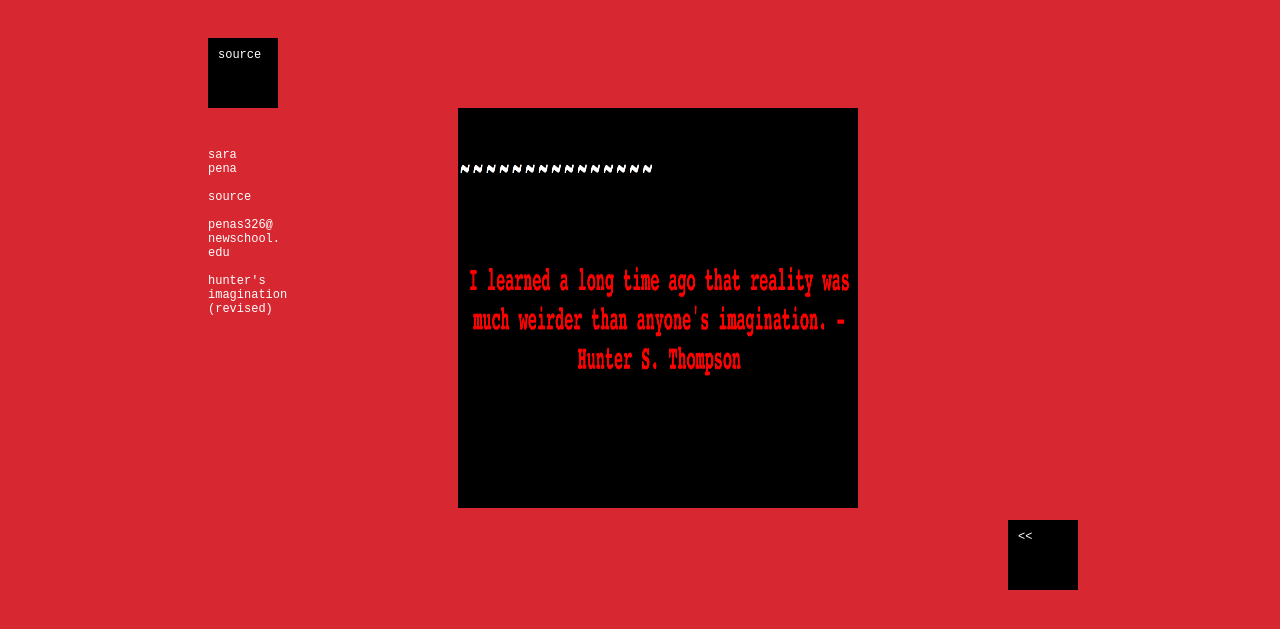
Repository: raghu225/raghu225.github.io
Page: archive/n_sara.html
The author's editor kept a record of every edit. The page is drawn from the files as they stood at one moment, then again after the next edit.
The browser window is 1280 px wide. The pictures show the whole page.

Above is the page before.

After the next edit:
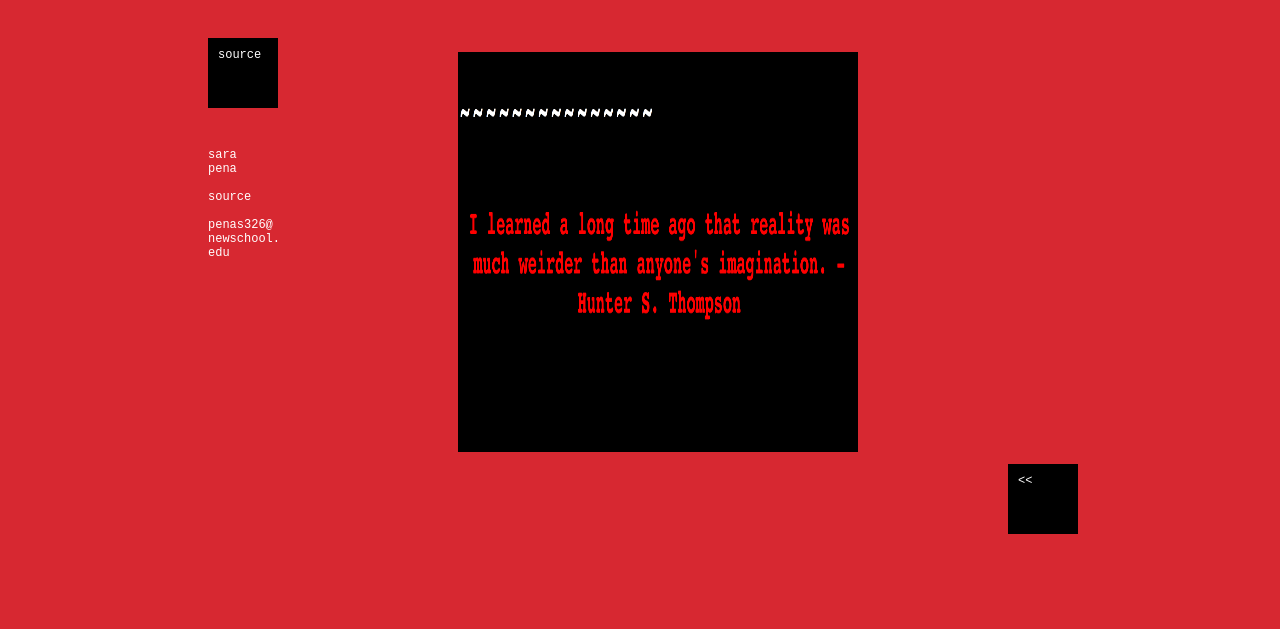
The edit:
--- a/archive/n_sara.html
+++ b/archive/n_sara.html
@@ -24,13 +24,7 @@
             newschool.
             <br>
             edu
-            <br>
-            <br>
-            hunter's
-            <br>
-            imagination
-            <br>
-            (revised)
+
         </p>
 
         <!--<div class="static-wrapper">-->

After the edit that followed:
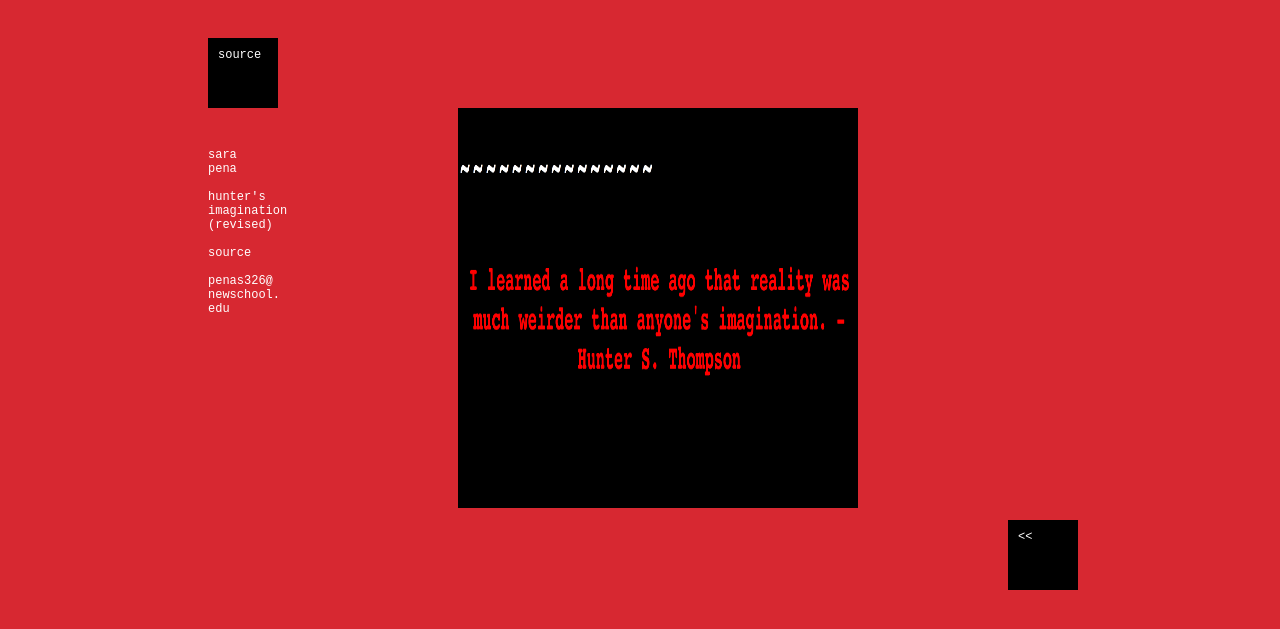
The edit:
--- a/archive/n_sara.html
+++ b/archive/n_sara.html
@@ -14,6 +14,13 @@
             sara
             <br>
             pena
+            <br>
+            <br>
+            hunter's
+            <br>
+            imagination
+            <br>
+            (revised)
             <br>
             <br>
             <a href="http://penas326.github.io/lab/revisedcomposition/index.html">source</a>
